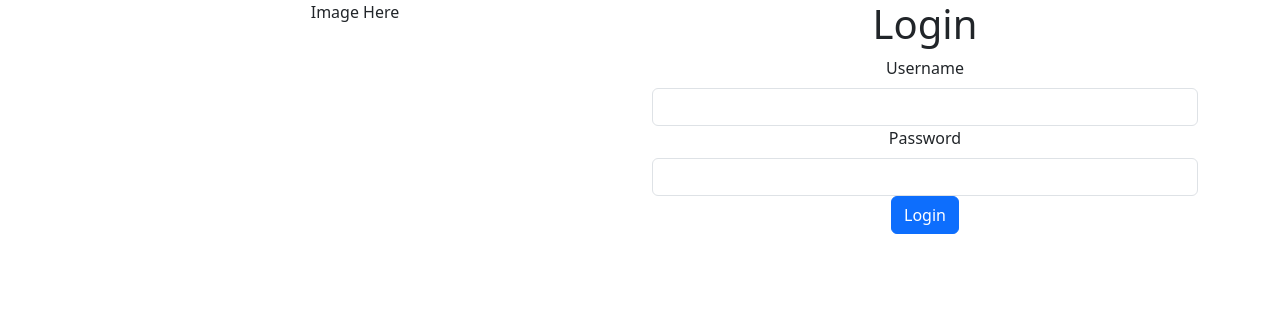
Repository: oboioz/SimpleTodoApp
Page: /todos (app in SimpleTodoAppFrontEnd/todo-app/)
The author's editor kept a copy of each file at every save. The page is drawn from the files as they stood at one save, then again after the next save.
The browser window is 1280 px wide. The pictures show the whole page.
The project was rebuilt for these pictures with package versions that can differ from the ones it lists, and the page was loaded fresh each time. Also part of the build but not shown: SimpleTodoAppFrontEnd/todo-app/src/components/todo/Login/LoginStyle.css.

Above is the page before, as saved 2024-04-03 19:49:22.

After the next save:
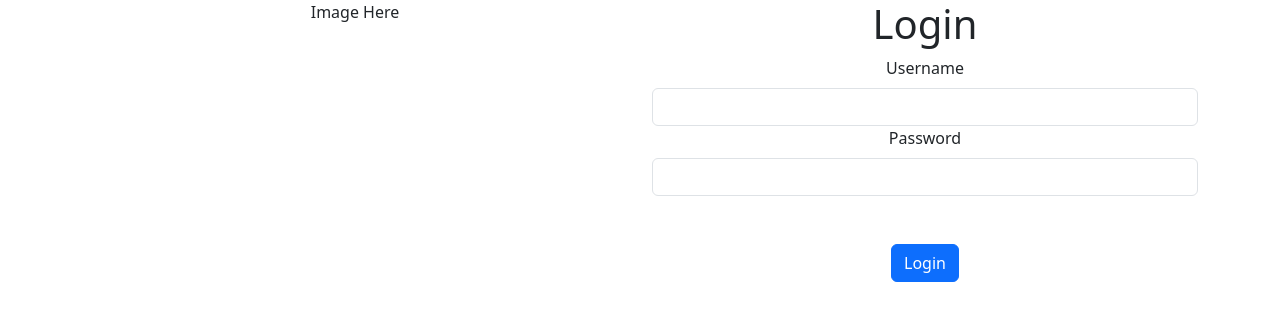
Saved 38 s later.
--- a/SimpleTodoAppFrontEnd/todo-app/src/components/todo/Login/LoginComponent.jsx
+++ b/SimpleTodoAppFrontEnd/todo-app/src/components/todo/Login/LoginComponent.jsx
@@ -21,7 +21,7 @@ function LoginComponent() {
                             <input type="password" name="password" className="form-control" />
                         </div>
 
-                        <button type="button" name="login" class="btn btn-primary">Login</button>
+                        <button type="button" name="login" class="btn btn-primary mt-5">Login</button>
                     </form>
                 </div>
             </div>
